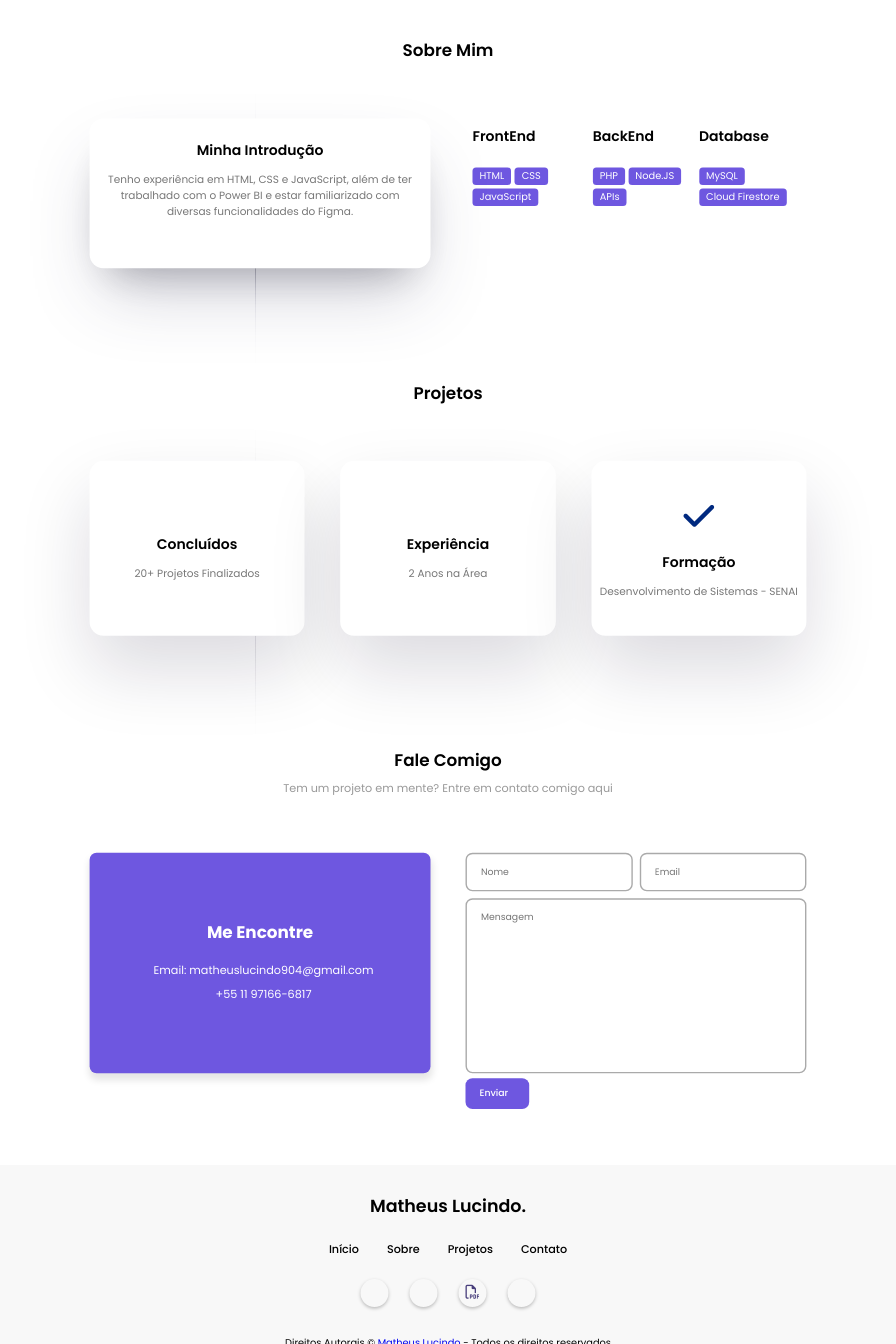
Repository: Matheus904-12/Potif-lioPremium
Page: index.html
An editor plug-in stored every save of this project. The page is shown before and after a run of saves, followed by the edit.
The browser window is 1280 px wide. The pictures show the part of the page from y = 745 to 2665 px (the page is 2734 px tall before and 2849 px after), at 70% of full size.
Some icons come from a web library that is not loaded, so they are not drawn. Some web libraries are served in a nearby version.

Above is the page before, as saved 2025-02-02 14:25:39.

### index.html
<!DOCTYPE html>
<html lang="pt-br">

<head>
    <meta charset="UTF-8">
    <meta name="viewport" content="width=device-width, initial-scale=1.0">

    <!-- UNICONS -->
    <link rel="stylesheet" href="https://unicons.iconscout.com/release/v4.0.8/css/line.css">
    <!-- CSS -->
    <link rel="stylesheet" href="/CSS/style.css">
    <!-- Add favicon -->
    <link rel="shortcut icon" href="IMAGE/eu4.png" type="image/x-icon">
    <link rel='stylesheet' href='https://cdn-uicons.flaticon.com/2.6.0/uicons-bold-rounded/css/uicons-bold-rounded.css'>
    <script src="https://kit.fontawesome.com/fd29053194.js" crossorigin="anonymous"></script>

    <title>Portfolio | Matheus Lucindo</title>
</head>

<body>
    <div class="container">
        <!-- --------------- CABEÇALHO --------------- -->
        <nav id="header">
            <div class="nav-logo">
                <p class="nav-name">Lucindo</p>
                <span>.</span>
            </div>
            <div class="nav-menu" id="myNavMenu">
                <ul class="nav_menu_list">
                    <li class="nav_list">
                        <a href="#home" class="nav-link active-link">Início</a>
                        <div class="circle"></div>
                    </li>
                    <li class="nav_list">
                        <a href="#about" class="nav-link">Sobre</a>
                        <div class="circle"></div>
                    </li>
                    <li class="nav_list">
                        <a href="#projects" class="nav-link">Projetos</a>
                        <div class="circle"></div>
                    </li>
                    <li class="nav_list">
                        <a href="#contact" class="nav-link">Contato</a>
                        <div class="circle"></div>
                    </li>
                </ul>
            </div>
            <div class="nav-menu-btn">
                <i class="fi fi-br-bars-staggered" onclick="myMenuFunction()"></i>
            </div>
        </nav>


        <!-- -------------- PRINCIPAL ---------------- -->
        <main class="wrapper">
            <!-- -------------- DESTAQUE ---------------- -->
            <section class="featured-box" id="home">
                <div class="featured-text">
                    <div class="featured-text-card">
                        <span>Matheus Lucindo</span>
                    </div>
                    <div class="featured-name">
                        <p>Eu sou <span class="typedText"></span></p>
                    </div>
                    <div class="featured-text-info">
                        <p>Desenvolvedor Web experiente com paixão por criar sites e apps visualmente
                            impressionantes e fáceis de usar.
                        </p>
                    </div>
                    <div class="social_icons">
                        <a href="https://www.instagram.com/matheus_lucindo/" target="_blank" class="icon"><i
                                class="uil uil-instagram"></i></a>
                        <a href="https://www.linkedin.com/in/matheus-lucindo-b35b68190/" target="_blank" class="icon"><i
                                class="uil uil-linkedin-alt"></i></a>
                        <a href="/PDF/CV de Matheus Lucindo dos Santos.pdf"
                            download="Currículo de Matheus Lucindo dos Santos.pdf" class="icon"
                            title="Baixar Currículo">
                            <i class="fa-regular fa-file-pdf" style="color: #6e57e0;"></i></a>
                        <a href="https://github.com/Matheus904-12" target="_blank" class="icon"><i
                                class="uil uil-github-alt"></i></a>

                    </div>
                </div>
                <div class="featured-image">
                    <div class="image">
                        <img src="/IMAGE/eu.png" alt="avatar">
                    </div>
                </div>
                <div class="scroll-icon-box">
                    <a href="#about" class="scroll-btn">
                        <i class="uil uil-mouse-alt"></i>
                        <p>Role para baixo</p>
                    </a>
                </div>

            </section>
            <!-- -------------- SOBRE ---------------- -->
            <section class="section" id="about">
                <div class="top-header">
                    <h1>Sobre Mim</h1>
                </div>
                <div class="row">
                    <div class="col">
                        <div class="about-info">
                            <h3>Minha Introdução</h3>
                            <p>
                            <p>Tenho experiência em HTML, CSS e JavaScript, além de ter trabalhado com o Power BI e
                                estar familiarizado com diversas funcionalidades do Figma.</p>
                            </p>

                        </div>
                    </div>
                    <div class="col">
                        <div class="skills-box">
                            <div class="skills-header">
                                <h3>FrontEnd</h3>
                            </div>
                            <div class="skills-list">
                                <span>HTML</span>
                                <span>CSS</span>
                                <span>JavaScript</span>
                            </div>
                        </div>
                        <div class="skills-box">
                            <div class="skills-header">
                                <h3>BackEnd</h3>
                            </div>
                            <div class="skills-list">
                                <span>PHP</span>
                                <span>Node.JS</span>
                                <span>APIs</span>
                            </div>
                        </div>
                        <div class="skills-box">
                            <div class="skills-header">
                                <h3>Database</h3>
                            </div>
                            <div class="skills-list">
                                <span>MySQL</span>
                                <span>Cloud Firestore</span>
                            </div>
                        </div>
                    </div>
                </div>
            </section>

            <!-- -------------- PROJETOS ---------------- -->

            <section class="section" id="projects">
                <div class="top-header">
                    <h1>Projetos</h1>
                </div>
                <div class="project-container">
                    <div class="project-box">
                        <i class="uil uil-briefcase-alt"></i>
                        <h3>Concluídos</h3>
                        <label>20+ Projetos Finalizados</label>
                    </div>
                    <div class="project-box">
                        <i class="uil uil-award"></i>
                        <h3>Experiência</h3>
                        <label>2 Anos na Área</label>
                    </div>
                    <div class="project-box">
                        <i class="fa-solid fa-check"></i>
                        <h3>Formação</h3>
                        <label>Desenvolvimento de Sistemas - SENAI</label>
                    </div>
                </div>
            </section>

            <!-- -------------- CONTATO ---------------- -->

            <section class="section" id="contact">
                <div class="top-header">
                    <h1>Fale Comigo</h1>
                    <span>Tem um projeto em mente? Entre em contato comigo aqui</span>
                </div>
                <div class="row">
                    <div class="col">
                        <div class="contact-info">
                            <h2>Me Encontre <i class="uil uil-corner-right-down"></i></h2>
                            <p><i class="uil uil-envelope"></i> Email: matheuslucindo904@gmail.com</p>
                            <p><i class="uil uil-phone"></i> +55 11 97166-6817</p>
                        </div>
                    </div>
                    <div class="col">
                        <div class="form-control">
                            <form id="contactForm" action="https://api.web3forms.com/submit" method="POST">
                                <!-- Web3Forms Access Key -->
                                <input type="hidden" name="access_key" value="6fcc2d3d-5e0e-45d1-8796-744e52a1c64b" />
                                <!-- Redirecionamento desabilitado -->
                                <input type="hidden" name="redirect" value="">

                                <div class="form-inputs">
                                    <input type="text" name="name" class="input-field" placeholder="Nome" required />
                                    <input type="email" name="email" class="input-field" placeholder="Email" required />
                                </div>
                                <div class="text-area">
                                    <textarea name="message" placeholder="Mensagem" required></textarea>
                                </div>
                                <div class="form-button">
                                    <button type="submit" class="btn" id="submitButton">
                                        Enviar <i class="uil uil-message"></i>
                                    </button>
                                </div>
                                <p id="responseMessage" class="hidden"></p>
                            </form>
                        </div>
                    </div>
                </div>
            </section>


        </main>


        <!-- --------------- RODAPÉ --------------- -->
        <footer>
            <div class="top-footer">
                <p>Matheus Lucindo.</p>
            </div>
            <div class="middle-footer">
                <ul class="footer-menu">
                    <li class="footer_menu_list">
                        <a href="#home">Início</a>
                    </li>
                    <li class="footer_menu_list">
                        <a href="#about">Sobre</a>
                    </li>
                    <li class="footer_menu_list">
                        <a href="#projects">Projetos</a>
                    </li>
                    <li class="footer_menu_list">
                        <a href="#contact">Contato</a>
                    </li>
                </ul>
            </div>
            <div class="footer-social-icons">
                <div class="icon"><a href="https://www.instagram.com/matheus_lucindo/" target="_blank"><i
                            class="uil uil-instagram"></i></a></div>
                <div class="icon"><a href="https://www.linkedin.com/in/matheus-lucindo-b35b68190/" target="_blank"><i
                            class="uil uil-linkedin-alt"></i></a></div>
                <div class="icon"><a href="/PDF/CV de Matheus Lucindo dos Santos.pdf"
                        download="Currículo de Matheus Lucindo dos Santos.pdf" title="Baixar Currículo">
                        <i class="fa-regular fa-file-pdf" style="color: #493f7c;"></i></a></div>
                <div class="icon"><a href="https://github.com/Matheus904-12" target="_blank"><i
                            class="uil uil-github-alt"></i></a></div>

            </div>
            <div class="bottom-footer">
                <p>Direitos Autorais &copy; <a href="#home" style="text-decoration: none;">Matheus Lucindo</a> - Todos
                    os direitos
                    reservados
                </p>
            </div>
        </footer>

    </div>

    <!-- ----- TYPING JS Link ----- -->
    <script src="https://unpkg.com/typed.js@2.0.16/dist/typed.umd.js"></script>

    <!-- ----- SCROLL REVEAL JS Link ----- -->
    <script src="https://unpkg.com/scrollreveal"></script>

    <!-- ----- JS ----- -->
    <script src="/JS/script.js"></script>
    <script src="/JS/enviar.js"></script>
</body>

</html>

Loaded but not shown: JS/script.js (117 lines, source omitted); JS/enviar.js (39 lines, source omitted); CSS/style.css (839 lines, source omitted)

After the next 2 saves:
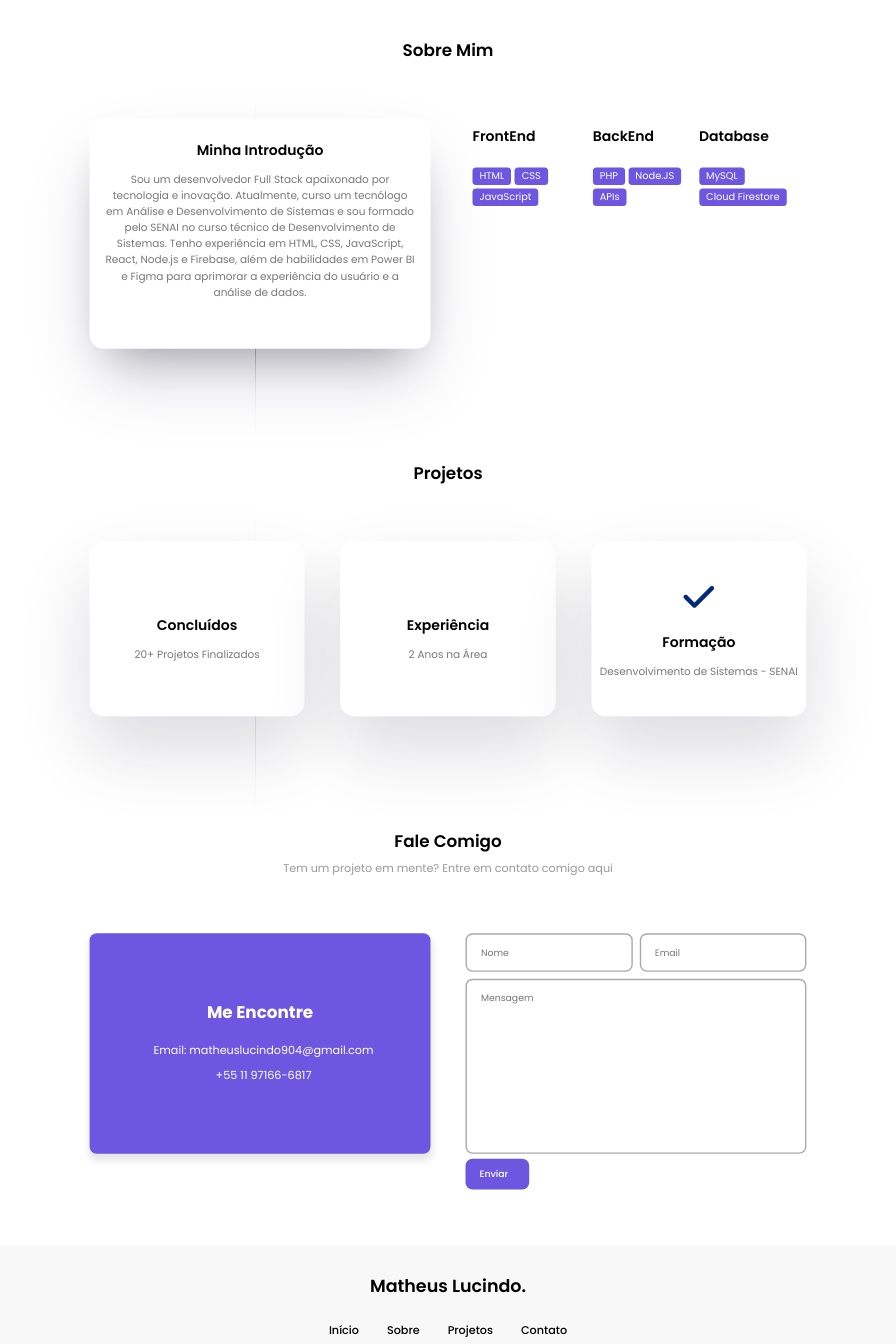
The 2 saves are shown as one change because they came seconds apart.
The last was saved 7 min 37 s later.
--- a/index.html
+++ b/index.html
@@ -104,8 +104,11 @@
                         <div class="about-info">
                             <h3>Minha Introdução</h3>
                             <p>
-                            <p>Tenho experiência em HTML, CSS e JavaScript, além de ter trabalhado com o Power BI e
-                                estar familiarizado com diversas funcionalidades do Figma.</p>
+                            <p>Sou um desenvolvedor Full Stack apaixonado por tecnologia e inovação. Atualmente, curso
+                                um tecnólogo em Análise e Desenvolvimento de Sistemas e sou formado pelo SENAI no curso
+                                técnico de Desenvolvimento de Sistemas. Tenho experiência em HTML, CSS, JavaScript,
+                                React, Node.js e Firebase, além de habilidades em Power BI e Figma para aprimorar a
+                                experiência do usuário e a análise de dados.</p>
                             </p>
 
                         </div>
